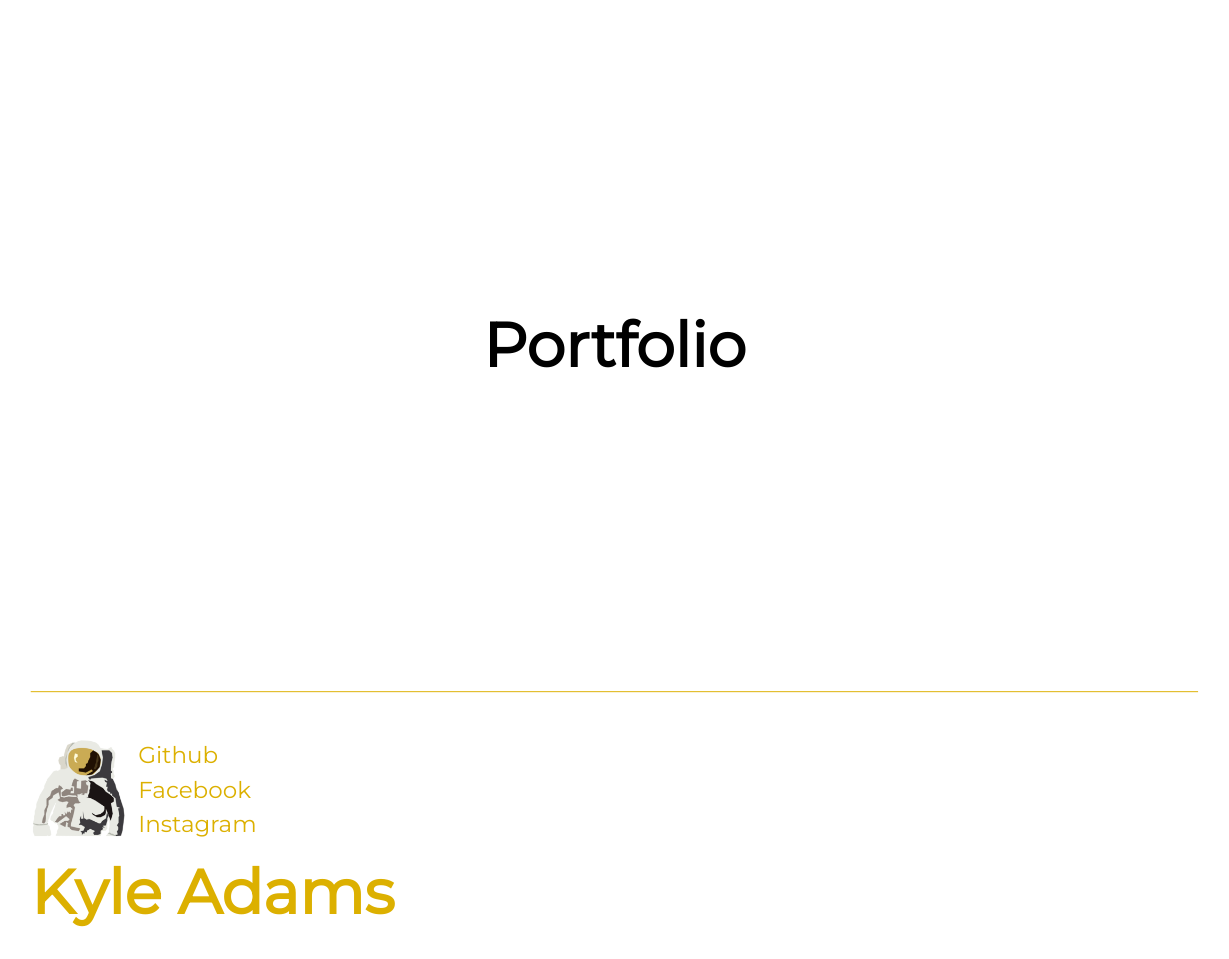
Repository: neomort/CL-portfolio-site
Page: /Portfolio
The author's editor kept a copy of each file at every save. The page is drawn from the files as they stood at one save, then again after the next save.
The browser window is 1280 px wide. The pictures show the whole page, at 96% of full size.
The project was rebuilt for these pictures with package versions that can differ from the ones it lists, and the page was loaded fresh each time. The framework's server and built-in components were replaced by stand-ins that run in the browser. Also part of the build but not shown: next.config.js.

Above is the page before, as saved 2021-12-14 15:42:38.

After the next save:
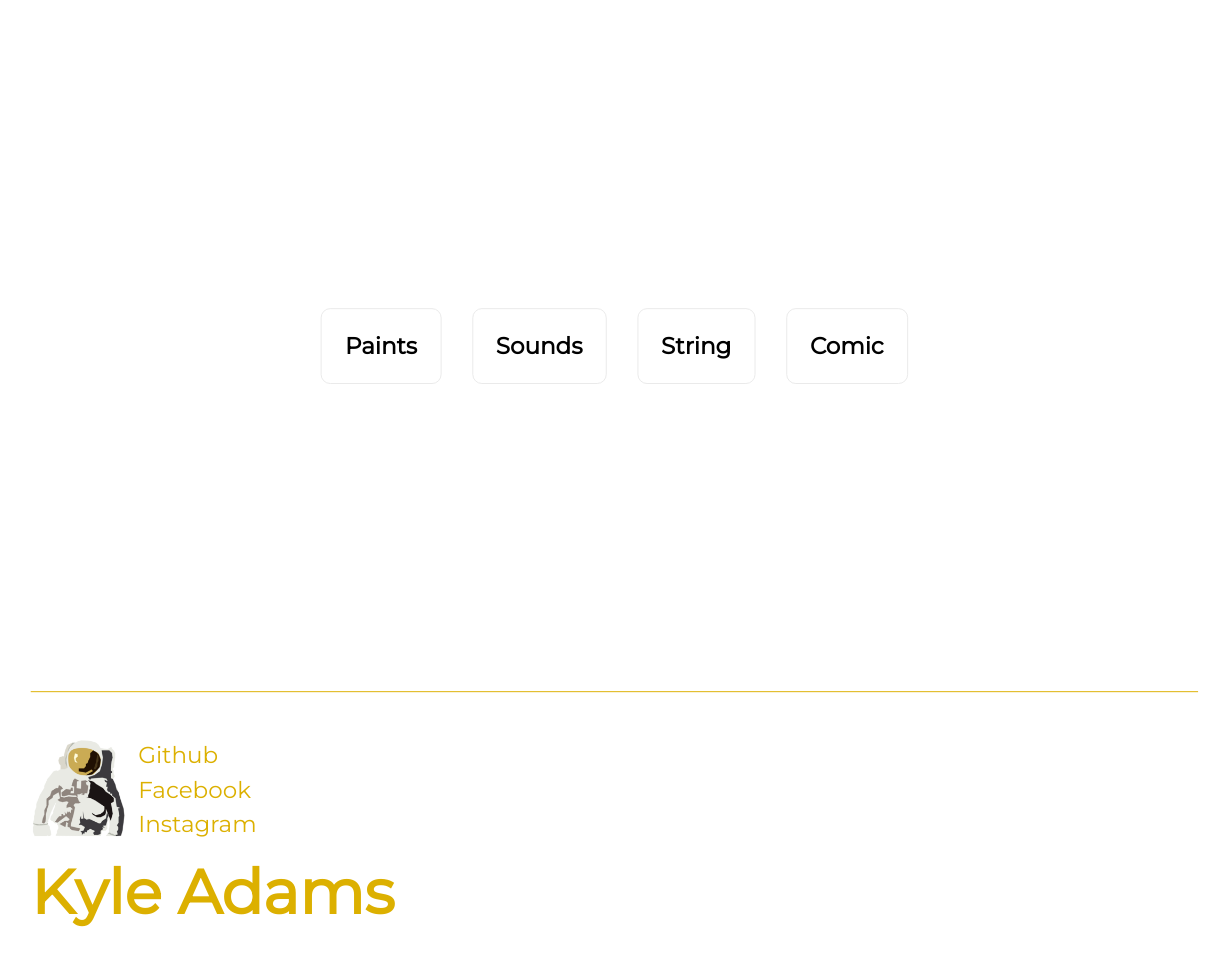
Saved 6 min 50 s later.
--- a/pages/Portfolio/index.js
+++ b/pages/Portfolio/index.js
@@ -13,9 +13,37 @@ export default function Home() {
       </Head>
 
       <main className={styles.main}>
-      <h1 className={styles.title}>
-          Portfolio
-        </h1>
+
+
+        <div className={styles.grid}>
+          <a href={`/Portfolio`} className={styles.card}>
+            <h2>Paints</h2>
+            <p></p>
+          </a>
+
+          <a href={`/Tutoring`} className={styles.card}>
+            <h2>Sounds</h2>
+            <p></p>
+          </a>
+
+          <a
+            href={`/Resume`}
+            className={styles.card}
+          >
+            <h2>String</h2>
+            <p></p>
+          </a>
+
+          <a
+            href={`/Blog`}
+            className={styles.card}
+          >
+            <h2>Comic</h2>
+            <p>
+
+            </p>
+          </a>
+        </div>
       </main>
 
       <footer className={styles.footer}>
